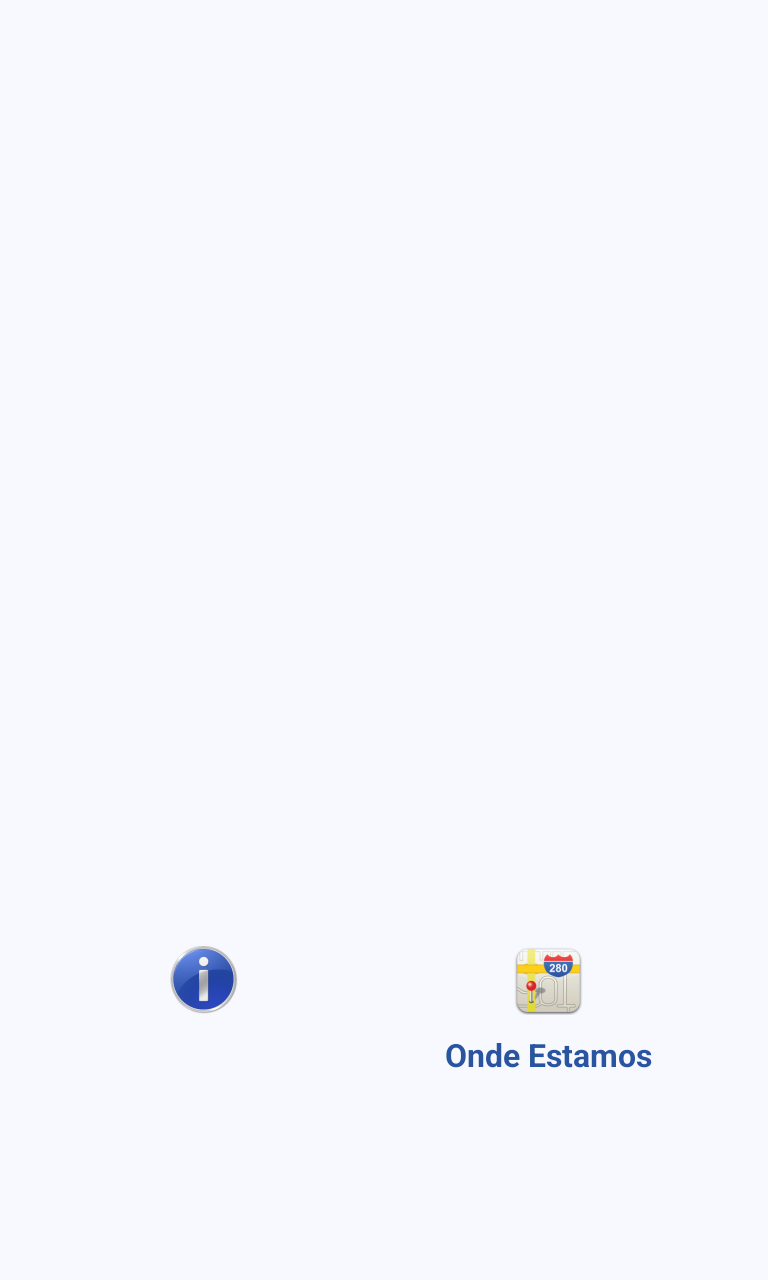
Repository: lmqs/ProjetoAndroid
Layout: TopicosProjeto/res/layout/activity_questoes.xml
The author's editor kept a copy of each file at every save. The layout is drawn from the files as they stood at one save, then again after the next save.
It is drawn on a 768 x 1280 px phone screen (xhdpi) without system bars, with theme AppTheme; the app's code is not run.

Above is the layout before, as saved 2014-04-27 14:58:39.

After the next save:
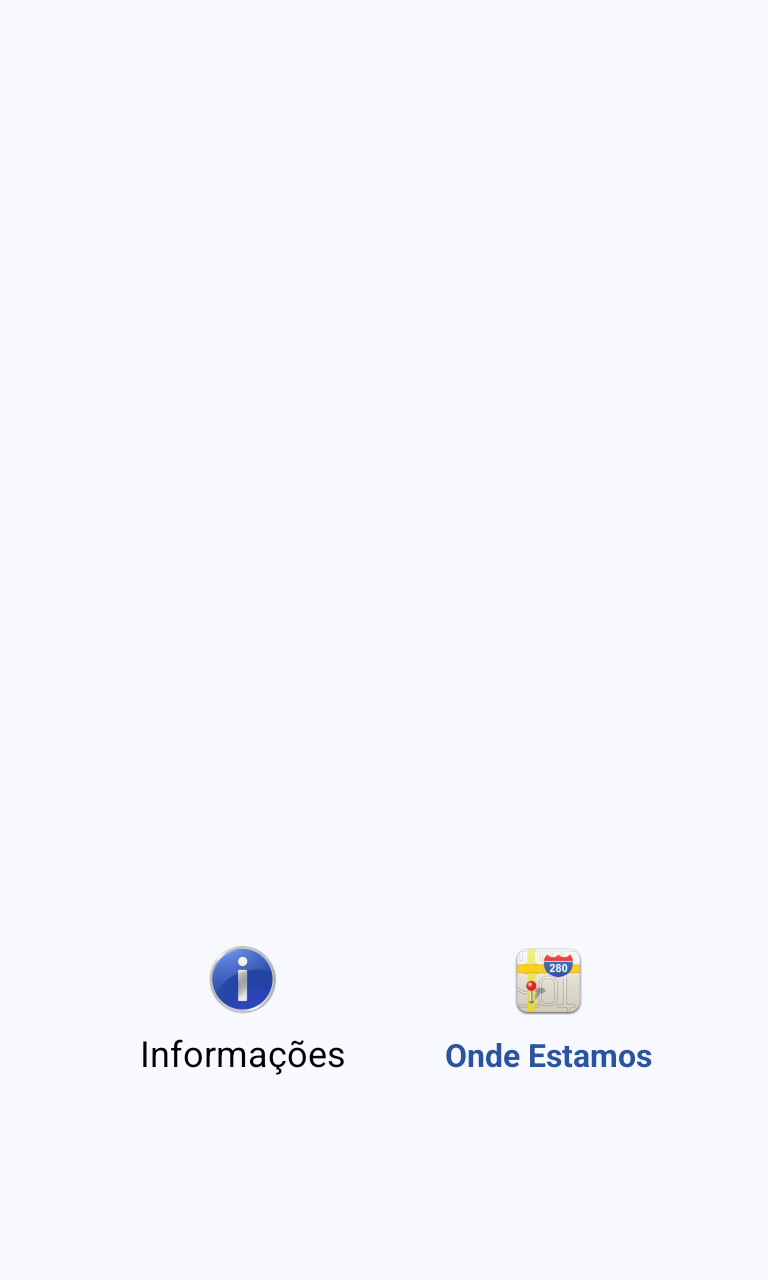
Saved 51 s later.
--- a/TopicosProjeto/res/layout/activity_questoes.xml
+++ b/TopicosProjeto/res/layout/activity_questoes.xml
@@ -32,6 +32,6 @@
         android:layout_marginLeft="54dp"
         android:background="@android:color/transparent"
         android:drawableTop="@drawable/info"
-        android:textColor="#ffffff" />
+        android:text="Informações" />
 
 </RelativeLayout>
